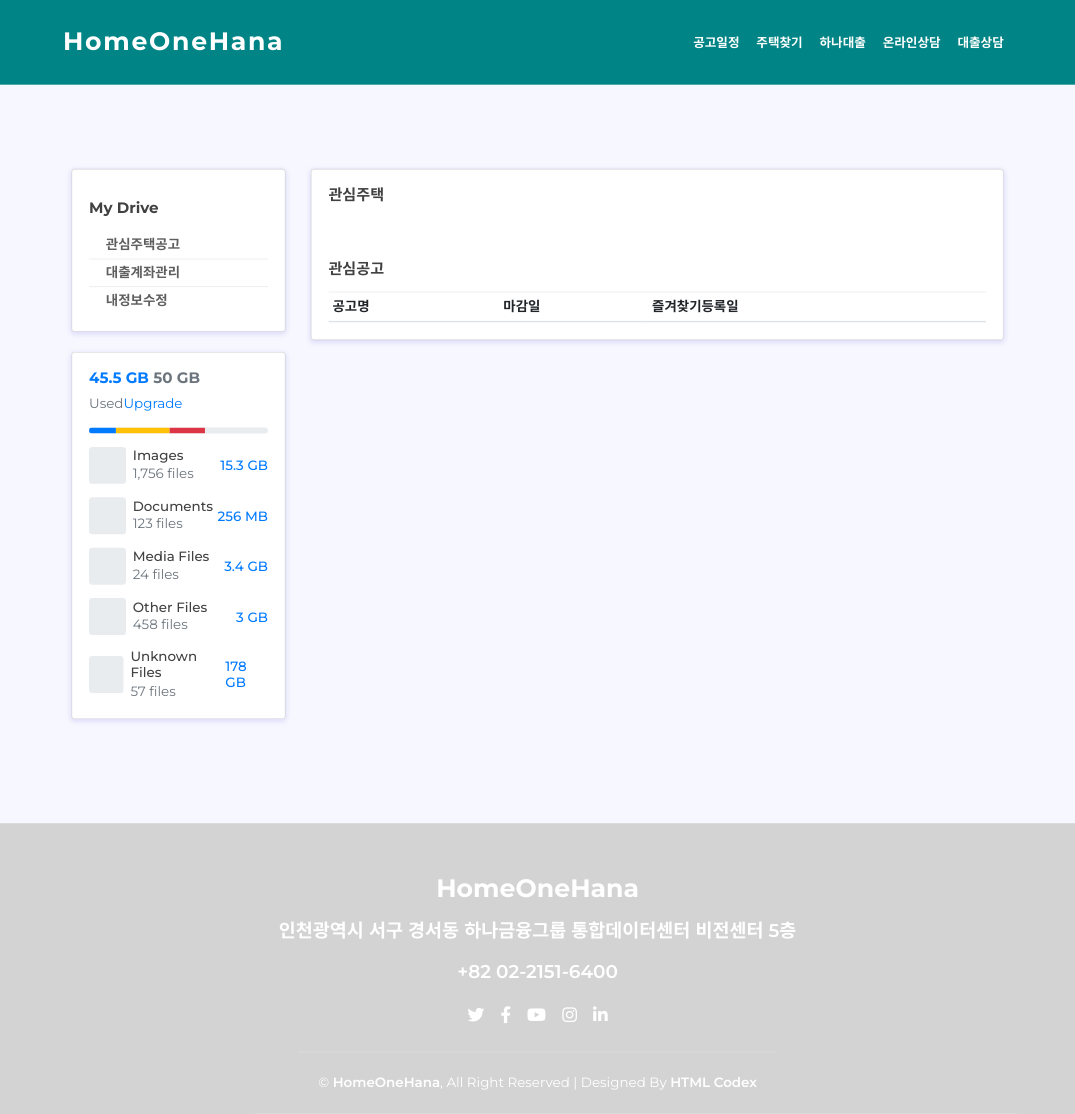
Repository: koposoftware/2021_10_syyoon
Page: http://localhost/HomeOneHana/WEB-INF/jsp/mypage/mypage.jsp
An editor plug-in stored every save of this project. The page is shown before and after the next save, followed by the edit.
The browser window is 1280 px wide. The pictures show the whole page, at 84% of full size.
Some icons come from a web library that is not loaded, so they are not drawn. Some web libraries are served in a nearby version. The page is served by Tomcat 9. Nobody is signed in. Other server files are loaded and not shown. The template is opened directly, without the code that normally fills it, so the values that code supplies are empty.

Above is the page before, as saved 2021-09-20 08:48:41.

### project/Spring-mvc/HomeOneHana/src/main/webapp/WEB-INF/jsp/mypage/mypage.jsp
<%@ page language="java" contentType="text/html; charset=UTF-8"
    pageEncoding="UTF-8"%>
<%@ taglib prefix="c" uri="http://java.sun.com/jsp/jstl/core" %>
<!DOCTYPE html>
<html>
<head>
<meta charset="UTF-8">
<title>HomeOneHana::마이페이지</title>
<link href="${ pageContext.request.contextPath }/resources/css/top/menubg.css" rel="stylesheet">
<link href="${ pageContext.request.contextPath }/resources/css/mypage/mypage.css" rel="stylesheet">


</head>
<body>
	<header>
		<div class="limiter">
			<div class="container-login100">
				<div class="wrap-login100">
					<jsp:include page="../include/topMenu.jsp" />
				</div>
			</div>
		</div>

	</header>
	<section>
		<div class="body">
		<div class="container">
			<div class="row">
			    <div class="col-12 col-lg-3">
					<div class="card">
						<div class="card-body">

							<h5 class="my-3">My Drive</h5>
							<div class="fm-menu">
								<div class="list-group list-group-flush">
									<a href="javascript:;" class="list-group-item py-1"><i class="bx bx-folder me-2"></i><span>관심주택공고</span></a>
									<a href="javascript:;" class="list-group-item py-1"><i class="bx bx-devices me-2"></i><span>대출계좌관리</span></a>
									<a href="javascript:;" class="list-group-item py-1"><i class="bx bx-plug me-2"></i><span>내정보수정</span></a>

								</div>
							</div>
						</div>
					</div>
					<div class="card">
						<div class="card-body">
							<h5 class="mb-0 text-primary font-weight-bold">45.5 GB <span class="float-end text-secondary">50 GB</span></h5>
							<p class="mb-0 mt-2"><span class="text-secondary">Used</span><span class="float-end text-primary">Upgrade</span>
							</p>
							<div class="progress mt-3" style="height:7px;">
								<div class="progress-bar" role="progressbar" style="width: 15%" aria-valuenow="15" aria-valuemin="0" aria-valuemax="100"></div>
								<div class="progress-bar bg-warning" role="progressbar" style="width: 30%" aria-valuenow="30" aria-valuemin="0" aria-valuemax="100"></div>
								<div class="progress-bar bg-danger" role="progressbar" style="width: 20%" aria-valuenow="20" aria-valuemin="0" aria-valuemax="100"></div>
							</div>
							<div class="mt-3"></div>
							<div class="d-flex align-items-center">
								<div class="fm-file-box bg-light-primary text-primary"><i class="bx bx-image"></i>
								</div>
								<div class="flex-grow-1 ms-2">
									<h6 class="mb-0">Images</h6>
									<p class="mb-0 text-secondary">1,756 files</p>
								</div>
								<h6 class="text-primary mb-0">15.3 GB</h6>
							</div>
							<div class="d-flex align-items-center mt-3">
								<div class="fm-file-box bg-light-success text-success"><i class="bx bxs-file-doc"></i>
								</div>
								<div class="flex-grow-1 ms-2">
									<h6 class="mb-0">Documents</h6>
									<p class="mb-0 text-secondary">123 files</p>
								</div>
								<h6 class="text-primary mb-0">256 MB</h6>
							</div>
							<div class="d-flex align-items-center mt-3">
								<div class="fm-file-box bg-light-danger text-danger"><i class="bx bx-video"></i>
								</div>
								<div class="flex-grow-1 ms-2">
									<h6 class="mb-0">Media Files</h6>
									<p class="mb-0 text-secondary">24 files</p>
								</div>
								<h6 class="text-primary mb-0">3.4 GB</h6>
							</div>
							<div class="d-flex align-items-center mt-3">
								<div class="fm-file-box bg-light-warning text-warning"><i class="bx bx-image"></i>
								</div>
								<div class="flex-grow-1 ms-2">
									<h6 class="mb-0">Other Files</h6>
									<p class="mb-0 text-secondary">458 files</p>
								</div>
								<h6 class="text-primary mb-0">3 GB</h6>
							</div>
							<div class="d-flex align-items-center mt-3">
								<div class="fm-file-box bg-light-info text-info"><i class="bx bx-image"></i>
								</div>
								<div class="flex-grow-1 ms-2">
									<h6 class="mb-0">Unknown Files</h6>
									<p class="mb-0 text-secondary">57 files</p>
								</div>
								<h6 class="text-primary mb-0">178 GB</h6>
							</div>
						</div>
					</div>
				</div>
				<div class="col-12 col-lg-9">
					<div class="card">
						<div class="card-body">

							<h5>관심주택</h5>
							<div class="row mt-3" style="margin-bottom:50px;">
									<c:if test="${not empty favoriteHome }">
									<c:forEach items="${ favoriteHome }" var="home" varStatus="loop">
										<div class="col-12 col-lg-4">
											<div class="card shadow-none border radius-15">
											<div class="card-body">
												<div class="d-flex align-items-center">
													<div ><span><i class="fas fa-home"></i> ${home.enrolldt}</span>
													</div>
													<div class="ms-auto font-24"><i class="fas fa-star" style="color:#ffd400;"></i>
													</div>
												</div>
												<h5 class="mt-3 mb-0"><a href="${pageContext.request.contextPath }/search/Detail/${ home.rnadres }">${home.rnadres}</a></h5>
												<p class="mb-1 mt-4" style="font-size:12px;"><span>${home.insttnm}</span>-<span class="float-end">${home.suplytynm}</span>
												</p>
											</div>
										</div>
									</div>

									</c:forEach>
									</c:if>
							</div>

							<!--end row-->
							<div class="d-flex align-items-center">
								<div>
									<h5 class="mb-0">관심공고</h5>
								</div>

							</div>
							<div class="table-responsive mt-3">
								<table class="table table-striped table-hover table-sm mb-0">
									<thead>
										<tr>
											<th>공고명 <i class="bx bx-up-arrow-alt ms-2"></i>
											</th>
											<th>마감일</th>
											<th>즐겨찾기등록일</th>
											<th></th>
										</tr>
									</thead>
									<tbody>
									<c:if test="${not empty favoriteNotice }">
										<c:forEach items="${favoriteNotice }" var="noti" varStatus="loop">
										<tr>
											<td>
												<div class="d-flex align-items-center">
													<div><i class="bx bxs-file-pdf me-2 font-24 text-danger"></i>
													</div>
													<div class="font-weight-bold">${noti.noticetitle }</div>
												</div>
											</td>
											<td>${noti.noticeend }</td>
											<td>${noti.enrolldt }</td>
											<td><i class="fas fa-heart font-22" style="color:#e90061"></i>
											</td>
										</tr>
										</c:forEach>

									</c:if>
									</tbody>
								</table>
							</div>
						</div>
					</div>
				</div>
			</div>
			</div>
			</div>
	</section>
	<footer>
		<jsp:include page="../include/bottomMenu.jsp" />
	</footer>
</body>
</html>

### project/Spring-mvc/HomeOneHana/src/main/webapp/WEB-INF/jsp/include/topMenu.jsp
<%@ page language="java" contentType="text/html; charset=UTF-8"
    pageEncoding="UTF-8"%>
<%@ taglib prefix="c" uri="http://java.sun.com/jsp/jstl/core" %>

        <meta content="width=device-width, initial-scale=1.0" name="viewport">
        <meta content="Free Website Template" name="keywords">
        <meta content="Free Website Template" name="description">


		<!-- font-awesome icon  -->
		<link href="//maxcdn.bootstrapcdn.com/font-awesome/4.1.0/css/font-awesome.min.css" rel="stylesheet" />

        <!-- Favicon -->
        <!-- <link href="/Practice-Web/Front/img/favicon.ico" rel="icon"> -->

        <!-- Google Font -->
        <link href="https://fonts.googleapis.com/css2?family=Montserrat:wght@300;400;500;600;700&display=swap" rel="stylesheet">
		<link href="https://fonts.googleapis.com/css2?family=Noto+Sans+KR:wght@100&display=swap" rel="stylesheet">

        <!-- CSS Libraries -->
        <link href="https://stackpath.bootstrapcdn.com/bootstrap/4.4.1/css/bootstrap.min.css" rel="stylesheet">
        <link href="https://cdnjs.cloudflare.com/ajax/libs/font-awesome/5.10.0/css/all.min.css" rel="stylesheet">

        <link href="${ pageContext.request.contextPath }/resources/lib/animate/animate.min.css" rel="stylesheet">
        <link href="${ pageContext.request.contextPath }/resources/lib/owlcarousel/assets/owl.carousel.min.css" rel="stylesheet">
        <link href="${ pageContext.request.contextPath }/resources/lib/lightbox/css/lightbox.min.css" rel="stylesheet">



        <!-- Template Stylesheet -->
        <link href="${ pageContext.request.contextPath }/resources/css/style.css" rel="stylesheet">

<!-- Nav Bar Start -->
<div class="navbar navbar-expand-lg bg-light navbar-light">
    <div class="container-fluid">
        <a href="${ pageContext.request.contextPath }/" class="navbar-brand">HomeOneHana</a>
        <button type="button" class="navbar-toggler" data-toggle="collapse" data-target="#navbarCollapse">
            <span class="navbar-toggler-icon"></span>
        </button>

        <div class="collapse navbar-collapse justify-content-between" id="navbarCollapse">
            <div class="navbar-nav ml-auto">
                <!-- <a href="Front/index2.jsp" class="nav-item nav-link active">Home</a> -->
                <a href="${ pageContext.request.contextPath }/schedule" class="nav-item nav-link">공고일정</a>
                <a href="${ pageContext.request.contextPath }/search" class="nav-item nav-link">주택찾기</a>
                <a href="${ pageContext.request.contextPath }/loan" class="nav-item nav-link">하나대출</a>
                <a href="${ pageContext.request.contextPath }/consult/reservation" class="nav-item nav-link">온라인상담</a>
                <a href="${ pageContext.request.contextPath }/loan/review" class="nav-item nav-link">대출상담</a>


                <%--로그인사용자만 접근가능 --%>
                <c:if test="${ not empty sessionScope.loginVO  }">
	               	<a href="${ pageContext.request.contextPath }/logout" class="nav-item nav-link">로그아웃</a>
	                <a href="${ pageContext.request.contextPath }/mypage" class="nav-item nav-link"><i class="fas fa-user-circle fa-3x"></i></a>
                </c:if>

            </div>
        </div>
    </div>
</div>

### project/Spring-mvc/HomeOneHana/src/main/webapp/WEB-INF/jsp/include/bottomMenu.jsp
<%@ page language="java" contentType="text/html; charset=UTF-8"
    pageEncoding="UTF-8"%>
		<!-- Footer Start -->
        <div class="footer wow fadeIn" data-wow-delay="0.3s">
            <div class="container-fluid">
                <div class="container">
                    <div class="footer-info">
                        <h2>HomeOneHana</h2>
                        <h3>인천광역시 서구 경서동 하나금융그룹 통합데이터센터 비전센터 5층</h3>
                        <div class="footer-menu">
                            <p>+82 02-2151-6400</p>
                        </div>
                        <div class="footer-social">
                            <a href=""><i class="fab fa-twitter"></i></a>
                            <a href=""><i class="fab fa-facebook-f"></i></a>
                            <a href=""><i class="fab fa-youtube"></i></a>
                            <a href=""><i class="fab fa-instagram"></i></a>
                            <a href=""><i class="fab fa-linkedin-in"></i></a>
                        </div>
                    </div>
                </div>
                <div class="container copyright">
                    <p>&copy; <a href="#">HomeOneHana</a>, All Right Reserved | Designed By <a href="https://htmlcodex.com">HTML Codex</a></p>
                </div>
            </div>
        </div>
        <!-- Footer End -->


        <!-- Back to top button -->
        <a href="#" class="btn back-to-top"><i class="fa fa-chevron-up"></i></a>


        <!-- Pre Loader -->
        <div id="loader" class="show">
            <div class="loader"></div>
        </div>


		<!-- JavaScript Libraries -->
        <script src="https://code.jquery.com/jquery-3.4.1.min.js"></script>
        <script src="https://stackpath.bootstrapcdn.com/bootstrap/4.4.1/js/bootstrap.bundle.min.js"></script>
        <script src="${ pageContext.request.contextPath }/resources/lib/easing/easing.min.js"></script>
        <script src="${ pageContext.request.contextPath }/resources/lib/wow/wow.min.js"></script>
        <script src="${ pageContext.request.contextPath }/resources/lib/waypoints/waypoints.min.js"></script>
        <script src="${ pageContext.request.contextPath }/resources/lib/typed/typed.min.js"></script>
        <script src="${ pageContext.request.contextPath }/resources/lib/owlcarousel/owl.carousel.min.js"></script>
        <script src="${ pageContext.request.contextPath }/resources/lib/isotope/isotope.pkgd.min.js"></script>
        <script src="${ pageContext.request.contextPath }/resources/lib/lightbox/js/lightbox.min.js"></script>

        <!-- Contact Javascript File -->
        <script src="${ pageContext.request.contextPath }/resources/mail/jqBootstrapValidation.min.js"></script>
        <script src="${ pageContext.request.contextPath }/resources/mail/contact.js"></script>

        <!-- Template Javascript -->
        <script src="${ pageContext.request.contextPath }/resources/js/main.js"></script>

### project/Spring-mvc/HomeOneHana/src/main/webapp/resources/css/top/menubg.css
@charset "UTF-8";


header{
	height:101px;
	background-color:#008485;
}
@media(max-width:992px){
	header{
		height:70px;
	}
}

### project/Spring-mvc/HomeOneHana/src/main/webapp/resources/css/mypage/mypage.css
@charset "UTF-8";



.body{
padding-top:100px;
padding-bottom:100px;
background-color: #f7f7ff;
}
.card {
    position: relative;
    display: flex;
    flex-direction: column;
    min-width: 0;
    word-wrap: break-word;
    background-color: #fff;
    background-clip: border-box;
    border: 0px solid rgba(0, 0, 0, 0);
    border-radius: .25rem;
    margin-bottom: 1.5rem;
    box-shadow: 0 2px 6px 0 rgb(218 218 253 / 65%), 0 2px 6px 0 rgb(206 206 238 / 54%);
}

.card-body h5{
	font-size:18px;
	font-weight:700;
}

.subti{
	font-size:14px;
}

.fm-file-box {
    font-size: 25px;
    background: #e9ecef;
    width: 44px;
    height: 44px;
    display: flex;
    align-items: center;
    justify-content: center;
    border-radius: .25rem;
}
.ms-2 {
    margin-left: .5rem!important;
}

.fm-menu .list-group a {
    font-size: 16px;
    color: #5f5f5f;
    display: flex;
    align-items: center;
}
.list-group-flush>.list-group-item {
    border-width: 0 0 1px;
}
.list-group-item+.list-group-item {
    border-top-width: 0;
}
.py-1 {
	font-weight:700;
    padding-top: .25rem!important;
    padding-bottom: .25rem!important;
}
.list-group-item {
    position: relative;
    display: block;
    padding: .5rem 1rem;
    text-decoration: none;
    background-color: #fff;
    border: 1px solid rgba(0, 0, 0, .125);
}

.radius-15 {
    border-radius: 15px;
}
.fm-icon-box {
    font-size: 32px;
    background: #ffffff;
    width: 52px;
    height: 52px;
    display: flex;
    align-items: center;
    justify-content: center;
    border-radius: .25rem;
}
.font-24 {
    font-size: 24px;
}
.ms-auto {
    margin-left: auto!important;
}
.font-30 {
    font-size: 30px;
}
.user-groups img {
    margin-left: -14px;
    border: 1px solid #e4e4e4;
    padding: 2px;
    cursor: pointer;
}

.rounded-circle {
    border-radius: 50%!important;
}

/*
		현재진행중인 대출
*/

.loanbox{
	margin-top:5px;
	margin-bottom:5px;
}
.loan-finishBox{
	background-color:#000;
}
.loan-acceptBox{
	background-color:#008485;
}

.loan-rejectBox{
	background-color:#e90061;
}

.loan-reviewBox{
	background-color:#b5b5b5;
}

.loanname{
	font-weight:700;
}

.loandate{
	font-size:12px;
}

.loanstatus{
	text-align:center;
	font-weight:700;
	color:#fff;
	font-size:10px;
	margin-bottom:0px;
}

th{
	text-align:center;
}
td{
	font-size:14px;
}

Loaded but not shown: project/Spring-mvc/HomeOneHana/src/main/webapp/resources/lib/animate/animate.min.css (library); project/Spring-mvc/HomeOneHana/src/main/webapp/resources/lib/owlcarousel/assets/owl.carousel.min.css (common file); project/Spring-mvc/HomeOneHana/src/main/webapp/resources/lib/lightbox/css/lightbox.min.css (common file); project/Spring-mvc/HomeOneHana/src/main/webapp/resources/lib/easing/easing.min.js (common file); project/Spring-mvc/HomeOneHana/src/main/webapp/resources/lib/wow/wow.min.js (library); project/Spring-mvc/HomeOneHana/src/main/webapp/resources/lib/waypoints/waypoints.min.js (library); project/Spring-mvc/HomeOneHana/src/main/webapp/resources/lib/typed/typed.min.js (library); project/Spring-mvc/HomeOneHana/src/main/webapp/resources/lib/owlcarousel/owl.carousel.min.js (library); project/Spring-mvc/HomeOneHana/src/main/webapp/resources/lib/isotope/isotope.pkgd.min.js (library); project/Spring-mvc/HomeOneHana/src/main/webapp/resources/lib/lightbox/js/lightbox.min.js (library); project/Spring-mvc/HomeOneHana/src/main/webapp/resources/mail/jqBootstrapValidation.min.js (library); project/Spring-mvc/HomeOneHana/src/main/webapp/resources/js/main.js (108 lines, source omitted); project/Spring-mvc/HomeOneHana/src/main/webapp/resources/mail/contact.js (65 lines, source omitted); project/Spring-mvc/HomeOneHana/src/main/webapp/resources/css/style.css (1648 lines, source omitted)

After the next save:
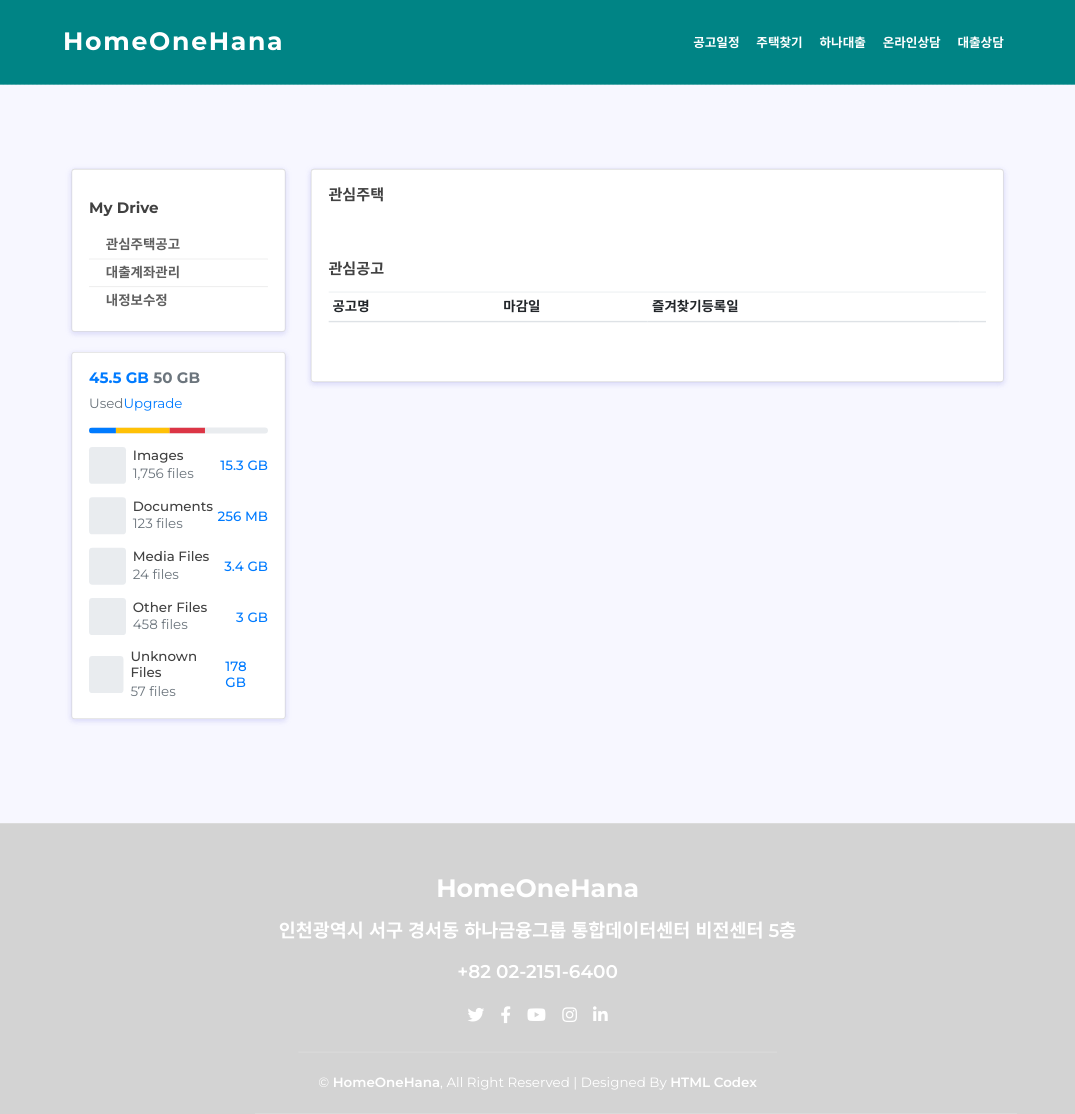
Saved 27 s later.
--- a/project/Spring-mvc/HomeOneHana/src/main/webapp/WEB-INF/jsp/mypage/mypage.jsp
+++ b/project/Spring-mvc/HomeOneHana/src/main/webapp/WEB-INF/jsp/mypage/mypage.jsp
@@ -135,7 +135,7 @@
 								</div>
 
 							</div>
-							<div class="table-responsive mt-3">
+							<div class="table-responsive mt-3" style="margin-bottom:50px;">
 								<table class="table table-striped table-hover table-sm mb-0">
 									<thead>
 										<tr>
